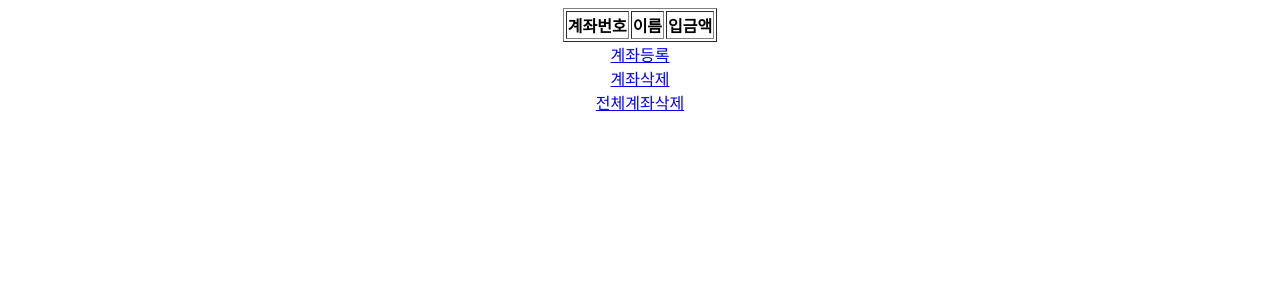
Repository: GDandTOP/JavaStudy
Page: http://localhost/AccExam/ex3/error.jsp
The author's editor kept a copy of each file at every save. The page is drawn from the files as they stood at one save, then again after the next save.
The browser window is 1280 px wide. The pictures show the whole page.
The page is served by Tomcat 9. Other server files are loaded and not shown.

Above is the page before, as saved 2023-01-26 02:41:14.

### jsptest/AccExam/src/main/webapp/ex3/error.jsp
<%@ page language="java" contentType="text/html; charset=UTF-8"
    pageEncoding="UTF-8"%>
<%@ page import="com.vo.Account" %>
<%@ page import="java.util.HashMap" %>
<%@ page import="java.util.Enumeration" %>
<%@ taglib prefix="c" uri="http://java.sun.com/jsp/jstl/core" %>


<!DOCTYPE html>
<html>
<head>
<meta charset="UTF-8">
<title>Insert title here</title>
</head>
<body>
<center>
<table border="1">
	<tr>
		<th>계좌번호</th><th>이름</th><th>입금액</th>
	</tr>
<%
	Enumeration e = session.getAttributeNames();
	while(e.hasMoreElements()) {
		String id = (String)e.nextElement();
		Account acc = (Account)session.getAttribute(id);
%>
	<tr><td><%=acc.getId() %></td><td><%=acc.getName() %></td><td><%=acc.getMoney() %></td></tr>
<%
	}
%>
</table>
<a href="AccRegFoam">계좌등록</a><br>
<a href="AccDelFrom">계좌삭제</a><br>
<a href="allaccdelete3">전체계좌삭제</a><br>
</center>
</body>
</html>

After the next save:
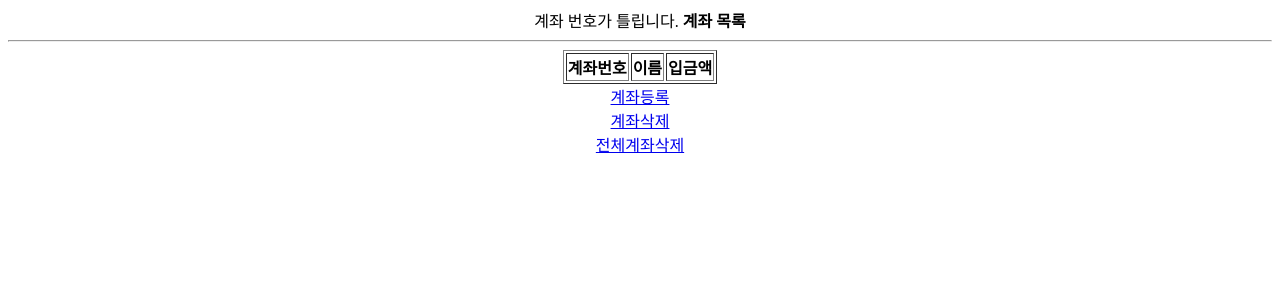
Saved 2 min 5 s later.
--- a/jsptest/AccExam/src/main/webapp/ex3/error.jsp
+++ b/jsptest/AccExam/src/main/webapp/ex3/error.jsp
@@ -14,6 +14,8 @@
 </head>
 <body>
 <center>
+계좌 번호가 틀립니다.
+<b>계좌 목록</b><hr>
 <table border="1">
 	<tr>
 		<th>계좌번호</th><th>이름</th><th>입금액</th>
